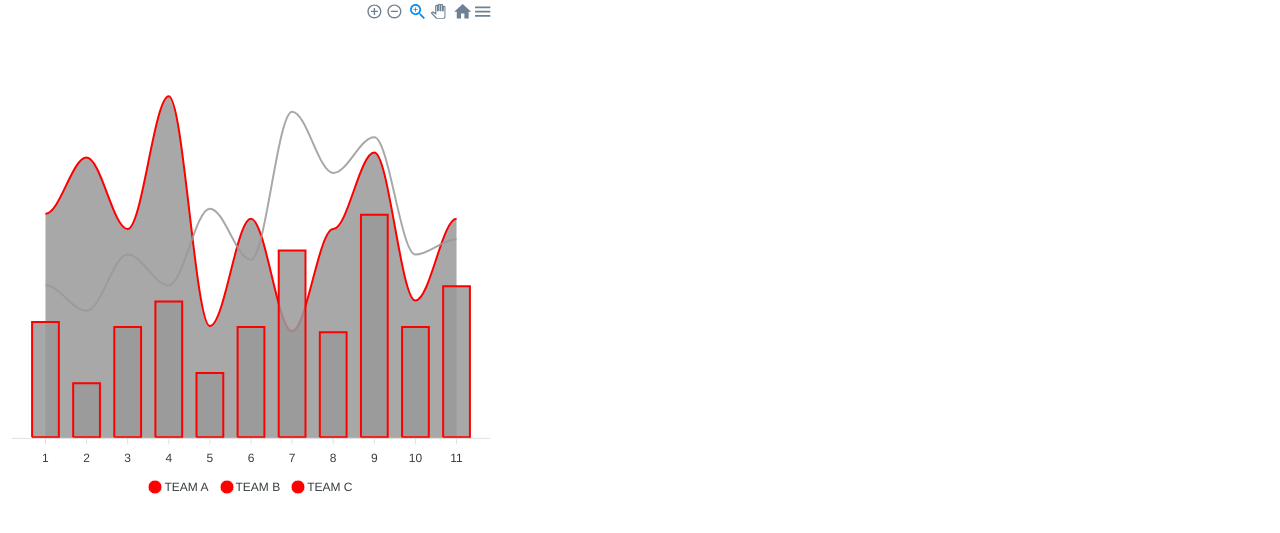
Repository: wanted-pre-onboarding-internship-1team/pre-onboarding-9th-3-1
Page: /
The author's editor kept a copy of each file at every save. The page is drawn from the files as they stood at one save, then again after the next save.
The browser window is 1280 px wide. The pictures show the whole page.
The project was rebuilt for these pictures with package versions that can differ from the ones it lists, and the page was loaded fresh each time.

Above is the page before, as saved 2023-03-14 22:13:40.

After the next save:
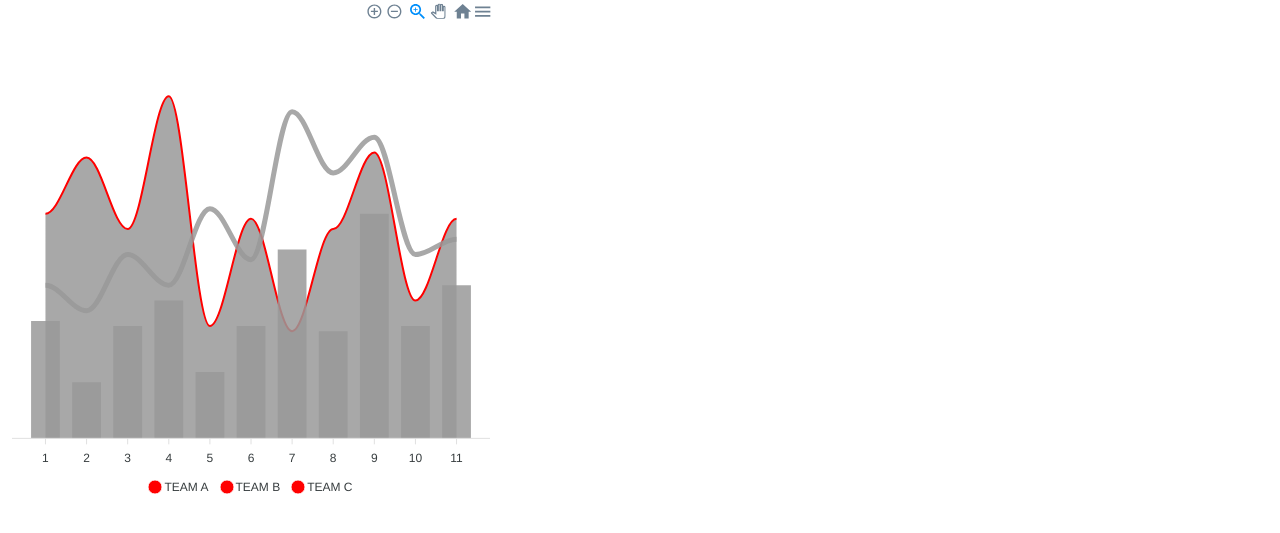
Saved 31 s later.
--- a/src/pages/Mainpage.tsx
+++ b/src/pages/Mainpage.tsx
@@ -34,8 +34,8 @@ export default function Mainpage() {
 
           grid: { show: false },
           stroke: {
+            width: [0, 2, 5],
             curve: 'smooth',
-            width: 2,
           },
           yaxis: {
             show: false,
